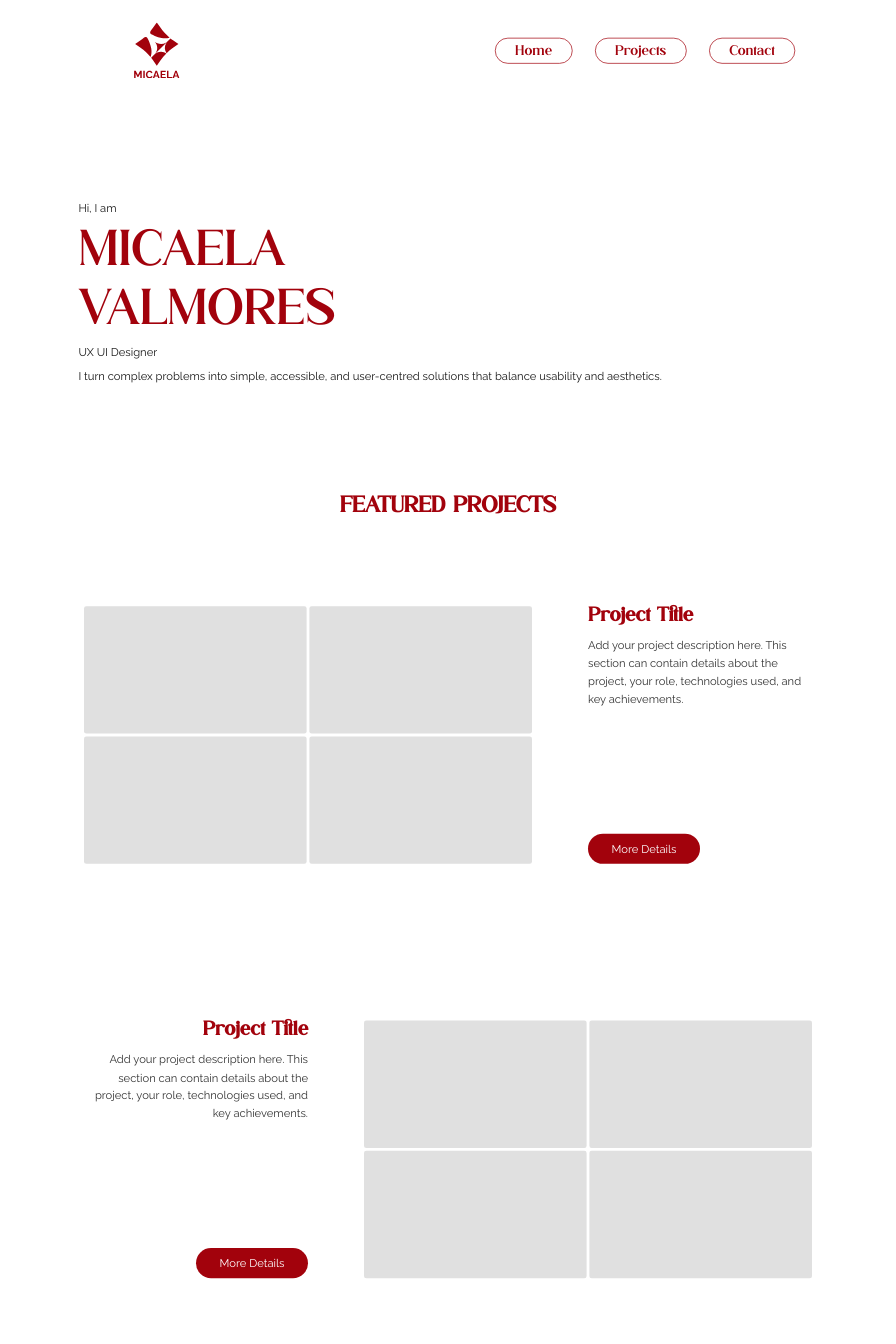
Repository: Micaelavalmores/Micaela-Portfolio
Page: /
An editor plug-in stored every save of this project. The page is shown before and after a run of saves, followed by the edit.
The browser window is 1280 px wide. The pictures show the part of the page from y = 0 to 1920 px (the page is 2642 px tall), at 70% of full size.
The project was rebuilt for these pictures with package versions that can differ from the ones it lists, and the page was loaded fresh each time. The framework's server and built-in components were replaced by stand-ins that run in the browser. Also part of the build but not shown: next.config.mjs.

Above is the page before, as saved 2026-01-27 13:31:08.

### app/layout.js

import { Geist } from "next/font/google";
import { Raleway } from "next/font/google";
import "./globals.css";

const geistSans = Geist({
  variable: "--font-geist-sans",
  subsets: ["latin"],
});

const raleway = Raleway({
  variable: "--font-raleway",
  subsets: ["latin"],
});



export const metadata = {
  title: "Micaela Valmores",
  description: "Generated by create next app",
  icons: {
    icon: "/logos/micaela-logo.svg",
  },
};

export default function RootLayout({ children }) {
  return (
    <html lang="en">
      <body className={`${raleway.variable}`}>
        {children}
      </body>
    </html>
  );
}

### app/page.js
import Image from "next/image";
import styles from "./page.module.css";
import HomePage from "./home-page/page";

export default function Home() {
  return (
    <div className={styles.page}>
      <HomePage />
    </div>
  );
}

### app/globals.css
:root {
  --background: #ffffff;
  --foreground: #171717;
  --font-ghaista: 'Ghaista', var(--font-raleway);
}

@font-face {
  font-family: 'Ghaista';
  src: url('/fonts/Ghaitsa.ttf') format('truetype');
  font-weight: 400;
  font-style: normal;
  font-display: swap;
}

@media (prefers-color-scheme: dark) {
  :root {
    --background: #0a0a0a;
    --foreground: #ffffff;
  }
}

html,
body {
  max-width: 100vw;
  overflow-x: hidden;
}

body {
  color: var(--foreground);
  background: var(--background);
  font-family: var(--font-raleway);
  -webkit-font-smoothing: antialiased;
  -moz-osx-font-smoothing: grayscale;
}

* {
  box-sizing: border-box;
  padding: 0;
  margin: 0;
}

a {
  color: inherit;
  text-decoration: none;
}

@media (prefers-color-scheme: dark) {
  html {
    color-scheme: dark;
  }
}

/* Horizontal page margins */
body {
  margin-left: 10rem;
  margin-right: 10rem;
}

/* Tablet: screens between iPhone and iPad */
@media (min-width: 430px) and (max-width: 1024px) {
  body {
    margin-left: 4rem;
    margin-right: 4rem;
  }
}

/* iPad Pro 13in — reduce margins to 7rem */
@media (min-width: 1024px) and (max-width: 1366px) {
  body {
    margin-left: 7rem;
    margin-right: 7rem;
  }
}

/* Mobile horizontal margins: any width smaller than 430px */
@media (max-width: 430px) {
  body {
    margin-left: 3rem;
    margin-right: 3rem;
  }
}

### app/page.module.css
.page {
  --background: #ffffff;
  --foreground: #fff;

  --text-primary: #000;
  --text-secondary: #666;



  display: grid;
  grid-template-columns: 1fr;
  min-height: 100vh;
  font-family: var(--font-geist-sans);
  background-color: var(--background);
}

.Proj-sec {
  display: flex;
  flex-direction: column;
  align-items: center;
  gap: 2rem;
  padding: 2rem 0;
  background-color: #ffff;
  margin: 6rem 0;
  font-family: ghaista;
  color: #A2020C;
}

.intro-sec {
  display: flex;
  flex-direction: column;
  align-items: start;
  gap: 1rem;
  padding: 2rem 0;
  background-color: #ffff;
  margin: 7rem 0 0;
  /* border-bottom: solid 1px #A2020C; */
}

.intro-sec h1 {
  font-size: 4.5rem;
  font-weight: 500;
  margin: 0;
  font-family: ghaista;
  color: #A2020C;
}

.main {
  display: flex;
  min-height: 100vh;
  width: 100%;
  max-width: 800px;
  flex-direction: column;
  align-items: flex-start;
  justify-content: space-between;
  background-color: var(--foreground);
  padding: 120px 60px;
}

.intro {
  display: flex;
  flex-direction: column;
  align-items: flex-start;
  text-align: left;
  gap: 24px;
}

.intro h1 {
  max-width: 320px;
  font-size: 40px;
  line-height: 48px;
  letter-spacing: -2.4px;
  text-wrap: balance;
  color: var(--text-primary);
}

.intro p {
  max-width: 440px;
  font-size: 18px;
  line-height: 32px;
  text-wrap: balance;
  color: var(--text-secondary);
}

.intro a {
  font-weight: 500;
  color: var(--text-primary);
}

.ctas {
  display: flex;
  flex-direction: row;
  width: 100%;
  max-width: 440px;
  gap: 16px;
  font-size: 14px;
}

.ctas a {
  display: flex;
  justify-content: center;
  align-items: center;
  height: 40px;
  padding: 0 16px;
  border-radius: 128px;
  border: 1px solid transparent;
  transition: 0.2s;
  cursor: pointer;
  width: fit-content;
  font-weight: 500;
}

a.primary {
  background: var(--text-primary);
  color: var(--background);
  gap: 8px;
}

a.secondary {
  border-color: var(--button-secondary-border);
}

/* Enable hover only on non-touch devices */
@media (hover: hover) and (pointer: fine) {
  a.primary:hover {
    background: var(--button-primary-hover);
    border-color: transparent;
  }

  a.secondary:hover {
    background: var(--button-secondary-hover);
    border-color: transparent;
  }
}

@media (max-width: 600px) {
  .main {
    padding: 48px 24px;
  }

  .intro {
    gap: 16px;
  }

  .intro h1 {
    font-size: 32px;
    line-height: 40px;
    letter-spacing: -1.92px;
  }
}

@media (prefers-color-scheme: dark) {
  .logo {
    filter: invert();
  }

  .page {
    --background: #000;
    --foreground: #000;

    --text-primary: #ededed;
    --text-secondary: #999;

    --button-primary-hover: #ccc;
    --button-secondary-hover: #1a1a1a;
    --button-secondary-border: #1a1a1a;
  }
}

### app/home-page/page.js
import Link from 'next/link'
import styles from '../page.module.css'
import FtProj from '../components/FtProj'
import Navbar from '../components/Navbar'

export default function HomePage() {
  return (
    <main className={styles.page}>
      <nav className='Nav-bar'>
        </nav>
      <Navbar />
      <div className={styles['intro-sec']}>
        <span>Hi, I am</span>
        <h1>MICAELA</h1>
        <h1>VALMORES</h1>
        <span>UX UI Designer</span>
        <p>I turn complex problems into simple, accessible, and user-centred solutions that balance usability and aesthetics.</p>
      </div>
      <div className={styles['Proj-sec']}>
        <h1>FEATURED PROJECTS</h1>
        <FtProj reversed={false}/>
        <FtProj reversed={true} />
        <FtProj reversed={false}/>
      </div>
    </main>
  )
}

### app/components/FtProj.js
'use client';

import styles from './FtProj.module.css';

/*
  HOW TO USE:
  The FtProj component has two layout states controlled by the reversed prop:
  1. Default (reversed={false}): Images on left, text on right (left-justified)
  2. Reversed (reversed={true}): Text on left (right-justified), images on right

  Layout changes can only be controlled in the backend by passing the reversed prop.
  Users cannot change the layout.

  Usage examples:
  <FtProj /> - Standard layout
  <FtProj reversed={true} /> - Reversed layout
*/

export default function FtProj({ reversed = false }) {
  return (
    <div className={`${styles.container} ${reversed ? styles.reversed : ''}`}>
      {/* Left Column - Text (if reversed) / Images (if standard) */}
      {!reversed ? (
        // Standard: Images on left
        <div className={styles.imagesColumn}>
          <div className={styles.imagePlaceholder}></div>
          <div className={styles.imagePlaceholder}></div>
          <div className={styles.imagePlaceholder}></div>
          <div className={styles.imagePlaceholder}></div>
        </div>
      ) : (
        // Reversed: Text on left
        <div className={styles.textColumn}>
          <div className={styles.textContent}>
            <h2>Project Title</h2>
            <p>Add your project description here. This section can contain details about the project, your role, technologies used, and key achievements.</p>
          </div>
          <button className={styles.projectButton}>More Details</button>
        </div>
      )}

      {/* Right Column - Text (if standard) / Images (if reversed) */}
      {!reversed ? (
        // Standard: Text on right
        <div className={styles.textColumn}>
          <div className={styles.textContent}>
            <h2>Project Title</h2>
            <p>Add your project description here. This section can contain details about the project, your role, technologies used, and key achievements.</p>
          </div>
          <button className={styles.projectButton}>More Details</button>
        </div>
      ) : (
        // Reversed: Images on right
        <div className={styles.imagesColumn}>
          <div className={styles.imagePlaceholder}></div>
          <div className={styles.imagePlaceholder}></div>
          <div className={styles.imagePlaceholder}></div>
          <div className={styles.imagePlaceholder}></div>
        </div>
      )}
    </div>
  );
}

### app/components/Navbar.js
import Link from "next/link";
import Image from "next/image";
import styles from "./Navbar.module.css";

export default function Navbar() {
  return (
    <nav className={styles.navbar}>
      <Link href="/" className={styles.logoContainer}>
        <Image
          src="/logos/logo-name.svg"
          alt="Micaela Valmores"
            width={160}
          height={80}
          priority
        />
      </Link>

      <ul className={styles.navLinks}>
        <li>
          <Link href="/">Home</Link>
        </li>
        <li>
          <Link href="/projects-page">Projects</Link>
        </li>
        <li>
          <Link href="/contact">Contact</Link>
        </li>
      </ul>
    </nav>
  );
}

### app/components/FtProj.module.css
.container {
  width: 65rem;
  height: 25rem;
  display: grid;
  grid-template-columns: 1fr 1fr;
  gap: 5rem;
  padding: 1rem 0;
  margin: 5rem 0;
}

.container.reversed {
  grid-template-columns: 1fr 1fr;
}

.reversed .textContent {
  text-align: right;
}

.reversed .textColumn {
  text-align: right;
}

.reversed .projectButton {
  justify-self: end;
}

.imagesColumn {
  display: grid;
  grid-template-columns: 1fr 1fr;
  gap: 0.2rem;
  width: 40rem;
}

.imagePlaceholder {
  width: 100%;
  height: 100%;
  background-color: #e0e0e0;
  border-radius: 0.2rem;
}

.textColumn {
  display: grid;
  grid-template-rows: 1fr auto;
  gap: 2rem;
}

.textContent {
  display: flex;
  flex-direction: column;
}

.textColumn h2 {
  margin: 0 0 1rem 0;
  font-size: 1.75rem;
  font-family: ghaista;
}

.textColumn p {
  margin: 0;
  line-height: 1.6;
  color: #333;
  font-size: 1rem;
  font-family: raleway;
}

.projectButton {
  align-self: start;
  width: 10rem;
  padding: 0.75rem 1.5rem;
  background-color: #A2020C;
  color: #fff;
  border: none;
  border-radius: 5rem;
  font-size: 1rem;
  cursor: pointer;
  font-family: raleway;
}

.projectButton:hover {
  background-color: #b62d36;
}

### app/components/Navbar.module.css
.navbar {
  display: flex;
  justify-content: space-between;
  width: 100%;
  align-items: center;
  padding: 2rem 2rem;
  background-color: #ffffff;
  position: sticky;
  top: 0;
  z-index: 1000;
}

.logoContainer {
  display: flex;
  justify-self: start;
}

.logoContainer:hover {
  opacity: 0.8;
}

.navLinks {
  display: flex;
  gap: 2rem;
  list-style: none;
  margin: 0;
  padding: 0;
  align-items: center;
}

.navLinks li {
  margin: 0;
}

.navLinks a {
  text-decoration: none;
  color: #A2020C;
  font-size: 1.25rem;
  font-weight: 500;
  transition: color 0.3s ease;
  position: relative;
  border: solid 1px #A2020C;
  border-radius: 3rem;
  padding: 0.50rem 1.75rem;
  font-family: ghaista;
}

.navLinks a:hover {
  color: #0070f3;
}



.navLinks a:hover::after {
  width: 100%;
}

/* Responsive design */
/* @media (max-width: 768px) {
  .navbar {
    padding: 1rem 1.5rem;
  }

  .navLinks {
    gap: 1.5rem;
  }

  .navLinks a {
    font-size: 0.9rem;
  }
} */

/* @media (max-width: 480px) {
  .navbar {
    padding: 0.75rem 1rem;
  }

  .navLinks {
    gap: 1rem;
  }

  .navLinks a {
    font-size: 0.85rem;
  }
} */

After the next 6 saves:
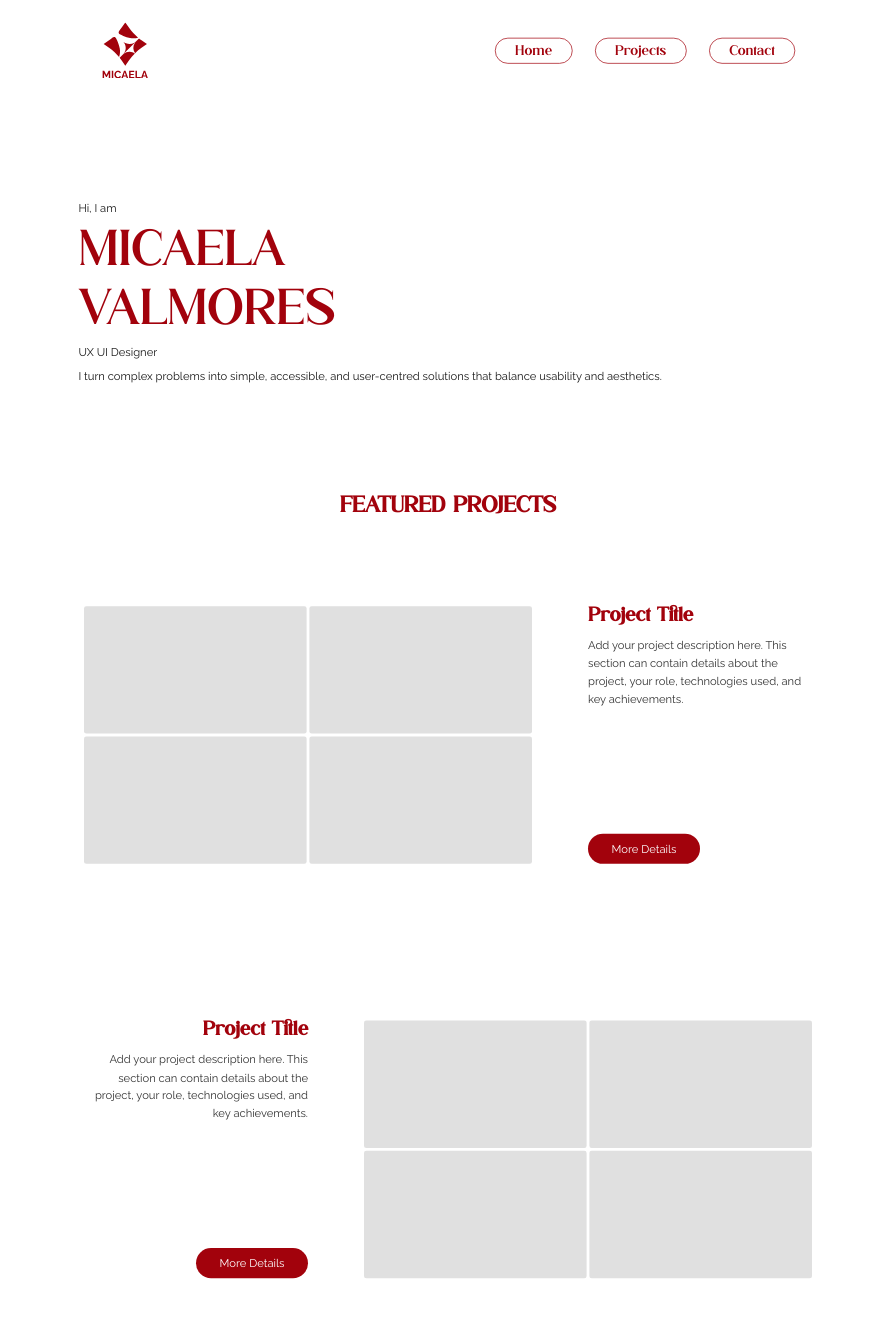
The 6 saves are shown as one change because they came seconds apart.
The last was saved 22 s later.
--- a/app/components/Navbar.js
+++ b/app/components/Navbar.js
@@ -9,7 +9,7 @@ export default function Navbar() {
         <Image
           src="/logos/logo-name.svg"
           alt="Micaela Valmores"
-            width={160}
+            width={70}
           height={80}
           priority
         />
